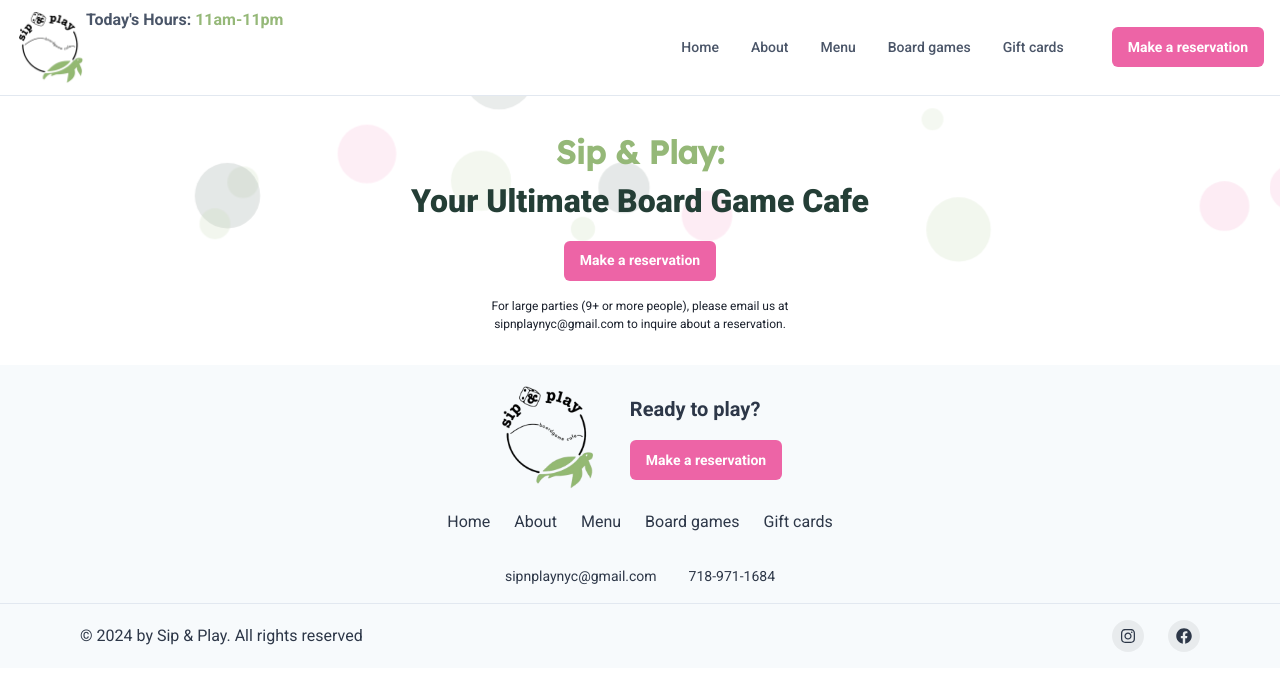
Repository: natespinetti/codedexsummerhackathon
Page: /
These files come from the project's save history. The page is drawn as it stood at one moment and after the next save; the edit follows.
The browser window is 1280 px wide. The pictures show the whole page.
The project was rebuilt for these pictures with package versions that can differ from the ones it lists, and the page was loaded fresh each time. The framework's server and built-in components were replaced by stand-ins that run in the browser. Also part of the build but not shown: next.config.mjs.

Above is the page before, as saved 2024-07-11 15:44:54.

### app/layout.tsx
"use client";
import Head from "next/head";
import React from "react";
import Header from "./components/Header";
import Footer from "./components/Footer";
import { Providers } from "./components/Providers";

export default function RootLayout({
  children,
}: {
  children: React.ReactNode;
}) {
  return (
    <html lang="en">
      <Head>
        <title>Sip & Play</title>
        <meta name="description" content="Board games and boba!" />
        <meta name="viewport" content="width=device-width, initial-scale=1" />
        <link rel="icon" href="/favicons/favicon.ico" />
      </Head>
      <body>
        <Providers>
          <Header />
          <main>{children}</main>
          <Footer />
        </Providers>
      </body>
    </html>
  );
}

### app/page.tsx
import Image from "next/image";
import HomeHero from "./components/HomeHero";

export default function Home() {
  return (
    <>
      <HomeHero />
    </>
  );
}

### app/components/Header.tsx
"use client";

import {
  Box,
  Flex,
  Text,
  IconButton,
  Button,
  Stack,
  Collapse,
  Icon,
  Popover,
  PopoverTrigger,
  PopoverContent,
  useColorModeValue,
  useBreakpointValue,
  Image,
  useDisclosure,
} from "@chakra-ui/react";
import {
  HamburgerIcon,
  CloseIcon,
  ChevronDownIcon,
  ChevronRightIcon,
} from "@chakra-ui/icons";
import CurrentDayHours from "./CurrentDaysHours";

export default function Header() {
  const { isOpen, onToggle } = useDisclosure();

  return (
    <Box>
      <Flex
        bg={useColorModeValue("white", "gray.800")}
        color={useColorModeValue("gray.600", "white")}
        minH={"60px"}
        py={{ base: 2 }}
        px={{ base: 4 }}
        borderBottom={1}
        borderStyle={"solid"}
        borderColor={useColorModeValue("gray.200", "gray.900")}
        align={"center"}
      >
        <Flex
          flex={{ base: 1, md: "auto" }}
          ml={{ base: -2 }}
          display={{ base: "flex", md: "none" }}
        >
          <IconButton
            onClick={onToggle}
            icon={
              isOpen ? <CloseIcon w={3} h={3} /> : <HamburgerIcon w={5} h={5} />
            }
            variant={"ghost"}
            aria-label={"Toggle Navigation"}
          />
        </Flex>
        <Flex flex={{ base: 1 }} justify={{ base: "center", md: "start" }}>
          <Text
            textAlign={useBreakpointValue({ base: "center", md: "left" })}
            fontFamily={"heading"}
            color={useColorModeValue("gray.800", "white")}
          >
            <Image
              maxW="70px"
              src="/logos/sipnplay2.png"
              alt="Sip & Play Logo"
            />
          </Text>
          <CurrentDayHours />
          <Flex
            display={{ base: "none", md: "flex" }}
            mr={10}
            alignItems="center"
            ml="auto"
          >
            <DesktopNav />
          </Flex>
        </Flex>

        <Stack
          flex={{ base: 1, md: 0 }}
          justify={"flex-end"}
          direction={"row"}
          spacing={6}
        >
          {/* <Button
            as={"a"}
            fontSize={"sm"}
            fontWeight={400}
            variant={"link"}
            href={"#"}
          >
            Sign In
          </Button> */}
          <Button
            as={"a"}
            display={{ base: "none", md: "inline-flex" }}
            fontSize={"sm"}
            fontWeight={600}
            color={"white"}
            bg={"pink.400"}
            href={"https://www.exploretock.com/sipnplay/"}
            target="_blank"
            _hover={{
              bg: "pink.300",
            }}
          >
            Make a reservation
          </Button>
        </Stack>
      </Flex>

      <Collapse in={isOpen} animateOpacity>
        <MobileNav />
      </Collapse>
    </Box>
  );
}

const DesktopNav = () => {
  const linkColor = useColorModeValue("gray.600", "gray.200");
  const linkHoverColor = useColorModeValue("gray.800", "white");
  const popoverContentBgColor = useColorModeValue("white", "gray.800");

  return (
    <Stack direction={"row"} spacing={4}>
      {NAV_ITEMS.map((navItem) => (
        <Box key={navItem.label}>
          <Popover trigger={"hover"} placement={"bottom-start"}>
            <PopoverTrigger>
              <Box
                as="a"
                p={2}
                href={navItem.href ?? "#"}
                fontSize={"sm"}
                fontWeight={500}
                color={linkColor}
                _hover={{
                  textDecoration: "none",
                  color: linkHoverColor,
                }}
              >
                {navItem.label}
              </Box>
            </PopoverTrigger>

            {navItem.children && (
              <PopoverContent
                border={0}
                boxShadow={"xl"}
                bg={popoverContentBgColor}
                p={4}
                rounded={"xl"}
                minW={"sm"}
              >
                <Stack>
                  {navItem.children.map((child) => (
                    <DesktopSubNav key={child.label} {...child} />
                  ))}
                </Stack>
              </PopoverContent>
            )}
          </Popover>
        </Box>
      ))}
    </Stack>
  );
};

const DesktopSubNav = ({ label, href, subLabel }: NavItem) => {
  return (
    <Box
      as="a"
      href={href}
      role={"group"}
      display={"block"}
      p={2}
      rounded={"md"}
      _hover={{ bg: useColorModeValue("pink.50", "gray.900") }}
    >
      <Stack direction={"row"} align={"center"}>
        <Box>
          <Text
            transition={"all .3s ease"}
            _groupHover={{ color: "pink.400" }}
            fontWeight={500}
          >
            {label}
          </Text>
          <Text fontSize={"sm"}>{subLabel}</Text>
        </Box>
        <Flex
          transition={"all .3s ease"}
          transform={"translateX(-10px)"}
          opacity={0}
          _groupHover={{ opacity: "100%", transform: "translateX(0)" }}
          justify={"flex-end"}
          align={"center"}
          flex={1}
        >
          <Icon color={"pink.400"} w={5} h={5} as={ChevronRightIcon} />
        </Flex>
      </Stack>
    </Box>
  );
};

const MobileNav = () => {
  return (
    <Stack
      bg={useColorModeValue("white", "gray.800")}
      p={4}
      display={{ md: "none" }}
    >
      {NAV_ITEMS.map((navItem) => (
        <MobileNavItem key={navItem.label} {...navItem} />
      ))}
    </Stack>
  );
};

const MobileNavItem = ({ label, children, href }: NavItem) => {
  const { isOpen, onToggle } = useDisclosure();

  return (
    <Stack spacing={4} onClick={children && onToggle}>
      <Box
        py={2}
        as="a"
        href={href ?? "#"}
        justifyContent="space-between"
        alignItems="center"
        _hover={{
          textDecoration: "none",
        }}
      >
        <Text
          fontWeight={600}
          color={useColorModeValue("gray.600", "gray.200")}
        >
          {label}
        </Text>
        {children && (
          <Icon
            as={ChevronDownIcon}
            transition={"all .25s ease-in-out"}
            transform={isOpen ? "rotate(180deg)" : ""}
            w={6}
            h={6}
          />
        )}
      </Box>

      <Collapse in={isOpen} animateOpacity style={{ marginTop: "0!important" }}>
        <Stack
          mt={2}
          pl={4}
          borderLeft={1}
          borderStyle={"solid"}
          borderColor={useColorModeValue("gray.200", "gray.700")}
          align={"start"}
        >
          {children &&
            children.map((child) => (
              <Box as="a" key={child.label} py={2} href={child.href}>
                {child.label}
              </Box>
            ))}
        </Stack>
      </Collapse>
    </Stack>
  );
};

interface NavItem {
  label: string;
  subLabel?: string;
  children?: Array<NavItem>;
  href?: string;
}

const NAV_ITEMS: Array<NavItem> = [
  {
    label: "Home",
    href: "/",
  },
  {
    label: "About",
    children: [
      {
        label: "Our story",
        subLabel: "Where it all started",
        href: "#",
      },
      {
        label: "Feedback",
        subLabel: "Let us know what you think",
        href: "#",
      },
    ],
  },
  {
    label: "Menu",
    children: [
      {
        label: "Coffee",
        subLabel: "Hot and iced coffee options",
        href: "#",
      },
      {
        label: "Specialty drinks",
        subLabel: "Spice it up with flavors and teas",
        href: "#",
      },
      {
        label: "Boba",
        subLabel: "Who doesn't love boba?",
        href: "#",
      },
      {
        label: "Hot bites",
        subLabel: "Some snacks while you play",
        href: "#",
      },
      {
        label: "Sandwiches & salads",
        subLabel: "Need something more? This is the place",
        href: "#",
      },
      {
        label: "Seasonal specials",
        subLabel: "Bevs to fit the season",
        href: "#",
      },
      {
        label: "Beer/wine",
        subLabel: "Rotating menu from local breweries",
        href: "#",
      },
    ],
  },
  {
    label: "Board games",
    href: "#",
  },
  {
    label: "Gift cards",
    href: "#",
  },
];

### app/components/Footer.tsx
"use client";

import {
  Box,
  chakra,
  Container,
  Stack,
  Text,
  useColorModeValue,
  Button,
  Image,
  VisuallyHidden,
} from "@chakra-ui/react";
import { FaInstagram, FaTwitter, FaYoutube, FaFacebook } from "react-icons/fa";
import { ReactNode } from "react";

const SocialButton = ({
  children,
  label,
  href,
}: {
  children: ReactNode;
  label: string;
  href: string;
}) => {
  return (
    <chakra.button
      bg={useColorModeValue("blackAlpha.100", "whiteAlpha.100")}
      rounded={"full"}
      w={8}
      h={8}
      cursor={"pointer"}
      as={"a"}
      href={href}
      display={"inline-flex"}
      alignItems={"center"}
      justifyContent={"center"}
      transition={"background 0.3s ease"}
      _hover={{
        bg: useColorModeValue("blackAlpha.200", "whiteAlpha.200"),
      }}
    >
      <VisuallyHidden>{label}</VisuallyHidden>
      {children}
    </chakra.button>
  );
};

export default function Footer() {
  return (
    <Box
      bg={useColorModeValue("gray.50", "gray.900")}
      color={useColorModeValue("gray.700", "gray.200")}
    >
      <Container
        as={Stack}
        maxW={"6xl"}
        py={4}
        spacing={4}
        justify={"center"}
        align={"center"}
      >
        <Box display="flex" flexDir="row" alignItems="center" gridGap="2rem">
          <Image
            maxW="100px"
            src="/logos/sipnplay2.png"
            alt="Sip & Play Logo"
          />
          <Box>
            <Text fontWeight={700} fontSize="20px" pb="1rem">
              Ready to play?
            </Text>
            <Button
              as={"a"}
              display={{ base: "none", md: "inline-flex" }}
              fontSize={"sm"}
              fontWeight={600}
              color={"white"}
              bg={"pink.400"}
              href={"https://www.exploretock.com/sipnplay/"}
              target="_blank"
              _hover={{
                bg: "pink.300",
              }}
            >
              Make a reservation
            </Button>
          </Box>
        </Box>
        <Stack direction={"row"} spacing={6}>
          <Box as="a" href={"#"}>
            Home
          </Box>
          <Box as="a" href={"#"}>
            About
          </Box>
          <Box as="a" href={"#"}>
            Menu
          </Box>
          <Box as="a" href={"#"}>
            Board games
          </Box>
          <Box as="a" href={"#"}>
            Gift cards
          </Box>
        </Stack>
        <Box
          display="flex"
          flexDir="row"
          gridGap="2rem"
          fontSize="14px"
          mt="1rem"
        >
          <Text as="a" href={"mailto:sipnplaynyc@gmail.com"}>
            sipnplaynyc@gmail.com
          </Text>
          <Text as="a" href={"tel:718-971-1684"}>
            718-971-1684
          </Text>
        </Box>
      </Container>

      <Box
        borderTopWidth={1}
        borderStyle={"solid"}
        borderColor={useColorModeValue("gray.200", "gray.700")}
      >
        <Container
          as={Stack}
          maxW={"6xl"}
          py={4}
          direction={{ base: "column", md: "row" }}
          spacing={4}
          justify={{ base: "center", md: "space-between" }}
          align={{ base: "center", md: "center" }}
        >
          <Text>© 2024 by Sip & Play. All rights reserved</Text>
          <Stack direction={"row"} spacing={6}>
            <SocialButton
              label={"Instagram"}
              href={"https://www.instagram.com/sipnplaynyc/?hl=en"}
            >
              <FaInstagram />
            </SocialButton>
            <SocialButton
              label={"Facebook"}
              href={"https://www.facebook.com/sipnplaynyc/"}
            >
              <FaFacebook />
            </SocialButton>
          </Stack>
        </Container>
      </Box>
    </Box>
  );
}

### app/components/Providers.tsx
import { SPTheme } from "@/ui/theme/theme";
import { ChakraProvider } from "@chakra-ui/react";
import { ReactNode } from "react";

export function Providers({ children }: { children: ReactNode }) {
  return <ChakraProvider theme={SPTheme}>{children}</ChakraProvider>;
}

### app/components/HomeHero.tsx
"use client";
import { Box, Text, Button, keyframes } from "@chakra-ui/react";

const bubbleAnimation = keyframes`
  0% {
    transform: translateY(100px) scale(1);
    opacity: 1;
  }
  100% {
    transform: translateY(-1000px) scale(1.5);
    opacity: 0;
  }
`;

const bubbles = new Array(20).fill(0).map((_, index) => ({
  id: index,
  size: Math.random() * 3 + 1,
  left: Math.random() * 100,
  animationDuration: Math.random() * 20 + 10,
  animationDelay: Math.random() * 100,
}));

export default function HomeHero() {
  return (
    <>
      <Box position="relative" overflow="hidden" h="100%" w="100%">
        {bubbles.map((bubble, index) => (
          <Box
            key={bubble.id}
            position="absolute"
            bottom="0"
            left={`${bubble.left}%`}
            width={`${bubble.size}rem`}
            height={`${bubble.size}rem`}
            bg={
              index % 3 === 0
                ? "rgba(148, 185, 115, 0.3)"
                : index % 3 === 1
                ? "rgba(36, 62, 54, 0.3)"
                : "rgba(237, 100, 166, 0.3)"
            }
            borderRadius="50%"
            animation={`${bubbleAnimation} ${bubble.animationDuration}s linear infinite`}
            transitionDelay={`${bubble.animationDelay}s`}
          />
        ))}
        <Box
          position="relative"
          w="100vw"
          p="2rem"
          display="flex"
          flexDir="column"
          justifyItems="center"
          alignItems="center"
          gridGap="1rem"
          bg="rgba(255, 255, 255, 0.5)"
        >
          <Text
            as="h1"
            fontFamily="body"
            fontWeight="900"
            fontSize="2rem"
            color="#243E36"
            textAlign="center"
          >
            <Text
              as="span"
              color="#95b878"
              fontWeight="900"
              fontFamily="heading"
              fontSize="2rem"
            >
              Sip & Play:
              <br />
            </Text>
            Your Ultimate Board Game Cafe
          </Text>
          <Button
            as={"a"}
            display={{ base: "none", md: "inline-flex" }}
            fontSize={"sm"}
            fontWeight={600}
            color={"white"}
            bg={"pink.400"}
            href={"https://www.exploretock.com/sipnplay/"}
            target="_blank"
            _hover={{
              bg: "pink.300",
            }}
          >
            Make a reservation
          </Button>
          <Text
            fontSize="12px"
            w={{ base: "100%", md: "30%" }}
            textAlign="center"
          >
            For large parties (9+ or more people), please email us at{" "}
            <Text as="a" href="mailto:sipnplaynyc@gmail.com">
              sipnplaynyc@gmail.com
            </Text>{" "}
            to inquire about a reservation.
          </Text>
        </Box>
      </Box>
    </>
  );
}

### app/components/CurrentDaysHours.tsx
import React from "react";
import { Box, Text } from "@chakra-ui/react";

const openingHours: { [key: number]: string } = {
  0: "10am-11pm", //Sunday
  1: "11am-11pm", // Monday
  2: "11am-11pm", // Tuesday
  3: "11am-11pm", // Wednesday
  4: "11am-11pm", // Thursday
  5: "11am-midnight", // Friday
  6: "10am-midnight", // Saturday
};

export default function CurrentDayHours() {
  const currentDay = new Date().getDay();
  const hours = openingHours[currentDay];

  return (
    <Box textAlign="center" fontSize="16px">
      <Text fontWeight="bold">
        Today's Hours:{" "}
        <Text color="#95b878" as="span">
          {hours}
        </Text>
      </Text>
    </Box>
  );
}

### ui/theme/theme.tsx
import { extendTheme } from "@chakra-ui/react";
import { fonts } from "./fonts";

const overrides = {
  fonts,
};

export const SPTheme = extendTheme(overrides);

### ui/theme/fonts.tsx
import { Roboto, Lexend } from "next/font/google";

const roboto = Roboto({
  subsets: ["latin"],
  display: "swap",
  weight: ["100", "300", "400", "500", "700", "900"],
  style: ["normal", "italic"],
});

const lexend = Lexend({
  subsets: ["latin"],
  display: "swap",
  weight: ["300", "400", "500"],
  style: ["normal"],
});

export const fonts = {
  heading: lexend.style.fontFamily,
  body: roboto.style.fontFamily,
};

After the next save:
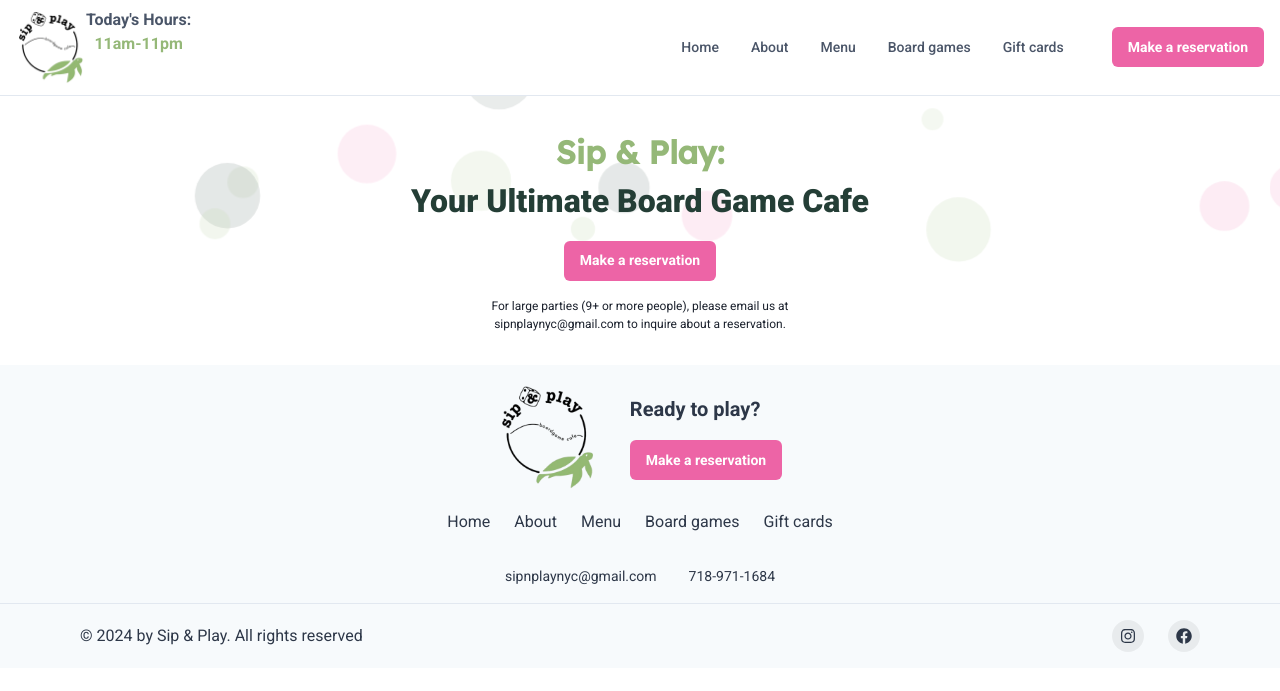
Saved 14 s later.
--- a/app/components/CurrentDaysHours.tsx
+++ b/app/components/CurrentDaysHours.tsx
@@ -18,10 +18,7 @@
   return (
     <Box textAlign="center" fontSize="16px">
       <Text fontWeight="bold">
-        Today's Hours:{" "}
-        <Text color="#95b878" as="span">
-          {hours}
-        </Text>
+        Today's Hours: <Text color="#95b878">{hours}</Text>
       </Text>
     </Box>
   );

After the save that followed:
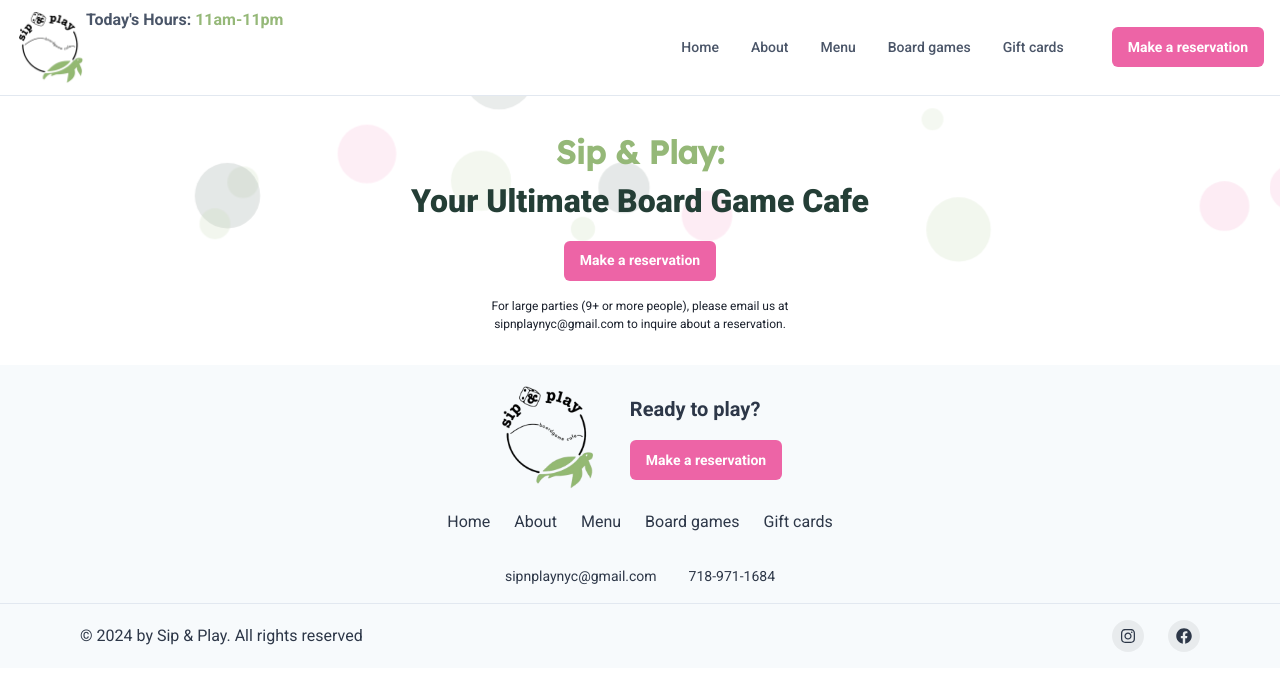
Saved 41 s later.
--- a/app/components/CurrentDaysHours.tsx
+++ b/app/components/CurrentDaysHours.tsx
@@ -18,7 +18,10 @@
   return (
     <Box textAlign="center" fontSize="16px">
       <Text fontWeight="bold">
-        Today's Hours: <Text color="#95b878">{hours}</Text>
+        Today's Hours:{" "}
+        <Text color="#95b878" as="span">
+          {hours}
+        </Text>
       </Text>
     </Box>
   );
